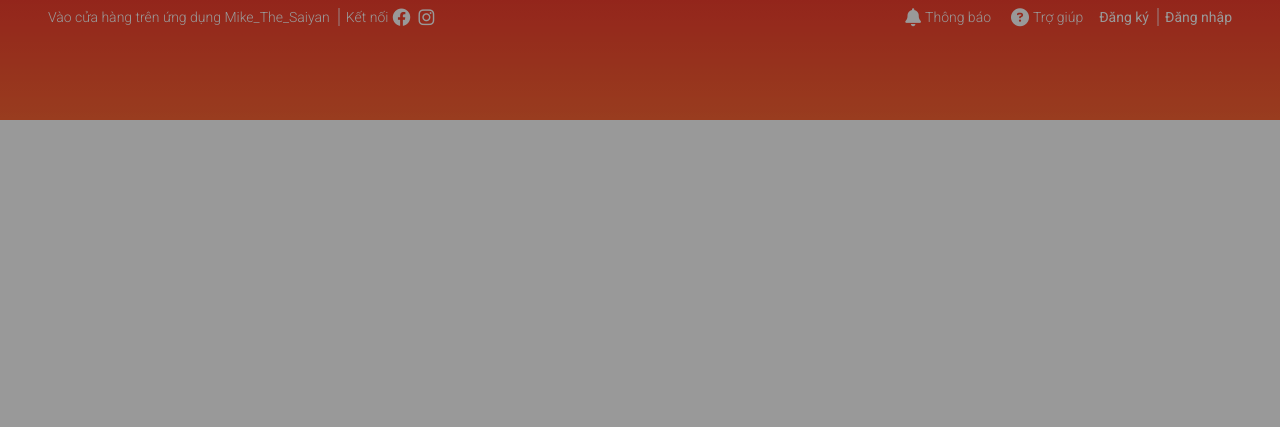
Repository: thefellowshiplotr/project_shopee
Page: index.html
The author's editor kept a copy of each file at every save. The page is drawn from the files as they stood at one save, then again after the next save.
The browser window is 1280 px wide. The pictures show the whole page.

Above is the page before, as saved 2022-11-07 13:29:59.

After the next save:
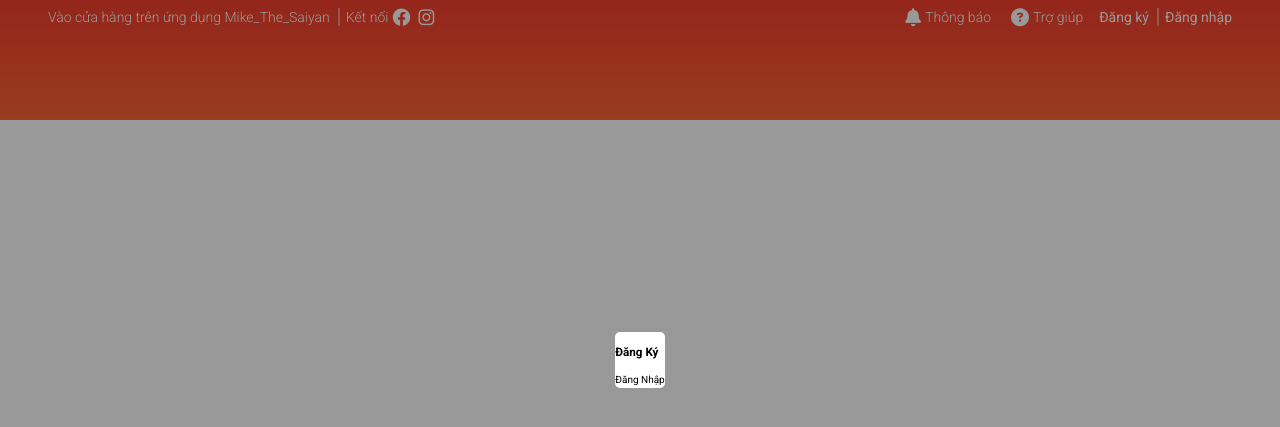
Saved 8 min 14 s later.
--- a/index.html
+++ b/index.html
@@ -184,7 +184,16 @@
     <div class="modal">
       <div class="modal__overlay"></div>
       <div class="modal__body">
-        <div class="modal__inner"></div>
+        <div class="modal__inner">
+          <!-- Authen form -->
+
+          <div class="auth-form">
+            <div class="auth-form__header">
+              <h3 class="auth-form__heading">Đăng Ký</h3>
+              <span class="auth-form__switch-btn">Đăng Nhập</span>
+            </div>
+          </div>
+        </div>
       </div>
     </div>
   </body>
